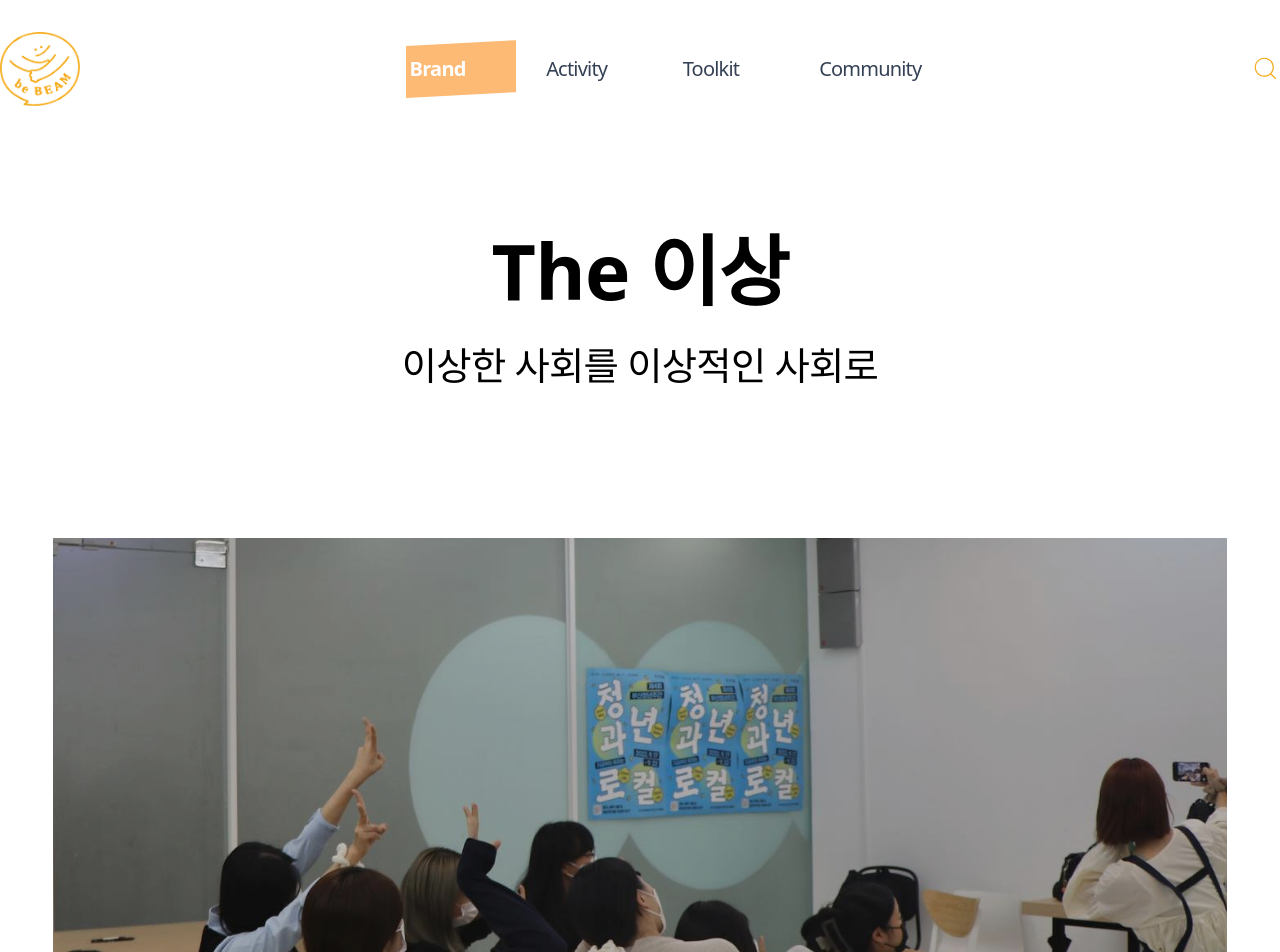
Repository: The-i-sang/BE-BEAM
Page: / (app in front/)
The author's editor kept a copy of each file at every save. The page is drawn from the files as they stood at one save, then again after the next save.
The browser window is 1280 px wide. The pictures show the part of the page from y = 0 to 952 px (the page is 4402 px tall).
Backgrounds fixed to the window are drawn as part of the page. The project was rebuilt for these pictures with package versions that can differ from the ones it lists, and the page was loaded fresh each time. Also part of the build but not shown: front/src/page/NotFoundPage.jsx, front/src/component/NextArrow.jsx, front/src/component/PrevArrow.jsx, front/src/component/DetailSlider.jsx, front/src/page/Detail.jsx, front/src/component/ToolkitCard.jsx, front/src/component/SlideToolkitCard.jsx, front/src/component/BestToolkitSlider.jsx and 6 more. Imported but missing from the stored project, and not drawn on this page: front/src/config.

Above is the page before, as saved 2023-10-13 01:31:16.

### front/src/index.css
@tailwind base;
@tailwind components;
@tailwind utilities;

/* body {
  margin: 0;
  font-family: -apple-system, BlinkMacSystemFont, "Segoe UI", "Roboto", "Oxygen",
    "Ubuntu", "Cantarell", "Fira Sans", "Droid Sans", "Helvetica Neue",
    sans-serif;
  -webkit-font-smoothing: antialiased;
  -moz-osx-font-smoothing: grayscale;
} */

body {
  margin: 0;
  font-family: "Pretendard-Regular";
}

code {
  font-family: source-code-pro, Menlo, Monaco, Consolas, "Courier New",
    monospace;
}

@font-face {
  font-family: "Pretendard-Regular";
  src: url("https://cdn.jsdelivr.net/gh/Project-Noonnu/noonfonts_2107@1.1/Pretendard-Regular.woff")
    format("woff");
  font-weight: 400;
  font-style: normal;
}

.my-custom-bg-class {
  background-image: url("./assets/2.png");
}

.my-custom-bg-class2 {
  background-image: url("./assets/2.png");
}

.text-stroke {
  text-shadow: -1px -1px 0 #f5aa15, 1px -1px 0 #f5aa15, -1px 1px 0 #f5aa15,
    1px 1px 0 #f5aa15;
}

.dots_custom {
  display: inline-block;
  vertical-align: middle;
  margin: auto 0;
  padding: 0;
}

.dots_custom li {
  list-style: none;
  cursor: pointer;
  display: inline-block;
  padding: 0;
}

.dots_custom li button {
  border: none;
  background: #d1d1d1;
  color: transparent;
  cursor: pointer;
  display: block;
  height: 2px;
  width: 10rem;
  border-radius: 100%;
  padding: 0;
}

@media (max-width: 1413px) {
  .dots_custom li button {
    border: none;
    background: #d1d1d1;
    color: transparent;
    cursor: pointer;
    display: block;
    height: 2px;
    width: 8rem;
    border-radius: 100%;
    padding: 0;
  }
}

@media (max-width: 1279px) {
  .dots_custom li button {
    border: none;
    background: #d1d1d1;
    color: transparent;
    cursor: pointer;
    display: block;
    height: 2px;
    width: 7rem;
    border-radius: 100%;
    padding: 0;
  }
}

@media (max-width: 1023px) {
  .dots_custom li button {
    border: none;
    background: #d1d1d1;
    color: transparent;
    cursor: pointer;
    display: block;
    height: 2px;
    width: 5rem;
    border-radius: 100%;
    padding: 0;
  }
}

@media (max-width: 767px) {
  .dots_custom li button {
    border: none;
    background: #d1d1d1;
    color: transparent;
    cursor: pointer;
    display: block;
    height: 2px;
    width: 4rem;
    border-radius: 100%;
    padding: 0;
  }
}

.dots_custom li.slick-active button {
  background-color: #282828;
}

### front/src/App.js
import { RouterProvider, createBrowserRouter } from "react-router-dom";
import NotFoundPage from "./page/NotFoundPage";
import Main from "./page/Main";
import Detail from "./page/Detail";
import Root from "./page/Root";
import Toolkit from "./page/Toolkit";
import Search from "./page/Search";
import Activity from "./component/Activity";
import ActivityDetail from "./component/ActivityDetail";
import Community from "./page/Community";

function App() {
  const router = createBrowserRouter([
    {
      path: "/",
      element: <Root />,
      errorElement: <NotFoundPage />,
      children: [
        { index: true, element: <Main /> },
        {
          path: "/activity",
          element: <Activity />,
        },
        {
          path: "/activity/detail/:id",
          element: <ActivityDetail />,
        },
        { path: "/search", element: <Search /> },
        {
          path: "/toolkit",
          element: <Toolkit />,
        },
        {
          path: "/toolkit/detail/:id",
          element: <Detail />,
        },
        { path: "*", element: <NotFoundPage /> },
        {
          path: "/community",
          element: <Community />,
        },
      ],
    },
  ]);
  return <RouterProvider router={router} />;
}

export default App;

### front/src/page/Main.jsx
import { useEffect, useState } from "react";
import img2 from "../assets/2.png";
import img3 from "../assets/3.png";
import img4 from "../assets/4.png";
import img5 from "../assets/5.png";

export default function Main() {
  const [scrollHeight, setScrollHeight] = useState(0);

  function onScroll() {
    setScrollHeight(window.scrollY);
  }
  useEffect(() => {
    window.addEventListener("scroll", onScroll);
    return () => {
      window.removeEventListener("scroll", onScroll);
    };
  }, []);
  console.log(scrollHeight);

  return (
    <div className="w-full mx-auto mt-4">
      <div className="w-full relative">
        <div
          className={`${
            scrollHeight > 100
              ? "absolute top-[22rem] text-white"
              : "absolute top-0"
          } w-full h-[300px] text-center transition-all duration-1000 z-[9999] flex flex-col justify-center items-center leading-normal`}
        >
          <h1 className="text-[4.8rem] font-extrabold">The 이상</h1>
          <p className="text-[2.4rem] mt-2">이상한 사회를 이상적인 사회로</p>
        </div>

        <div
          className={`${
            scrollHeight > 100 ? "w-full top-40" : "w-11/12 top-96"
          } mx-auto h-[720px] my-custom-bg-class bg-cover bg-fixed bg-no-repeat bg-[center_bottom_0] text-white relative transition-all duration-700`}
        >
          <div className="w-full h-full bg-black opacity-20 absolute top-0 left-0" />
        </div>
      </div>

      <div className="w-full mx-auto mt-40">
        <div className="w-11/12 mx-auto pt-32">
          <h2 className="mb-20 text-[3rem] text-[#282828] font-semibold text-center">
            이상한 사회를{" "}
            <span className="text-[#ffffff] text-stroke">이상적인 사회</span>로
          </h2>

          <div className="w-full mb-32 flex items-center group text-[#282828] text-center">
            <img
              className="w-6/12 h-[580px] object-cover"
              src={img5}
              alt="intro_img"
            />

            <div className="w-6/12 p-14 box-border flex flex-col items-start">
              <p className="mt-[48px] text-[1.125rem] font-medium">
                What does it mean?
              </p>
              <h1 className="mt-5 mb-20 text-[2.625rem] font-semibold">
                The 이상이 <span className="text-white text-stroke">의미</span>
                하는 것은?
              </h1>
              <p className="text-[1rem] text-left leading-7">
                💡 안녕하세요! 부산에서 청년 커뮤니티를 기획운영하고 있는
                BE:BEAM입니다. BE:BEAM(비빔)은 비빔밥의 재료처럼 다양한 청년들이
                모여, 빛줄기(BEAM)처럼 따뜻한 연결망을 이어나간다는 의미가
                있습니다. 2022년 소셜다이닝을 시작으로 여러 활동을 준비하고
                진행하고 있습니다. 또 저희는 커뮤니티를 기획운영하는 것에서
                그치지 않고, 누구나 사회참여활동을 시작하실 수 있도록 그 문턱을
                낮추는 활동도 함께 진행하고 있습니다. 많은 관심 부탁드립니다:)
              </p>
            </div>
          </div>

          <div className="w-full mb-32 flex items-center group text-[#282828] text-center">
            <div className="w-6/12 p-14 box-border flex flex-col items-start">
              <p className="mt-[48px] text-[1.125rem] font-medium">
                What is the vision of this?
              </p>
              <h1 className="mt-5 mb-20 text-[2.625rem] font-semibold">
                The 이상의 <span className="text-white text-stroke">비전</span>
                은?
              </h1>
              <p className="text-[1rem] text-left leading-7">
                💡 오늘날의 청년들은 일상에서 다양한 문제들과 마주하며 살아가고
                있지만 함께 이야기하고, 공감하고, 고민할 자리는 점점 사라지고
                있습니다. 이러한 기회의 부족은 청년들을 외롭게하고, 고립이라는
                사회적문제를 발생시킵니다. 따라서 BE:BEAM은 청년들이 느슨하지만
                따뜻한 연결을 경험하는 기회를 제공하고자 합니다.
              </p>
              <p className="mt-6 text-[1rem] text-left leading-7">
                1. BE:BEAM은 취향, 취미를 기반으로 한 오프라인 모임을 통해서
                가벼우면서도 안정적인 일상의 느슨한 연결망을 만드는 활동을
                원칙으로 합니다.
              </p>
              <p className="text-[1rem] text-left leading-7">
                2. BE:BEAM의 커뮤니티는 누구나 참여 가능할 수 있도록, 누구나
                운영할 수 있도록 지원하는 것을 원칙으로 합니다.
              </p>
            </div>

            <img
              className="w-6/12 h-[580px] object-cover"
              src={img4}
              alt="intro_img"
            />
          </div>

          <div className="w-full mb-32 flex items-center group text-[#282828] text-center">
            <img
              className="w-6/12 h-[580px] object-cover"
              src={img2}
              alt="intro_img"
            />

            <div className="w-6/12 p-14 box-border flex flex-col items-start">
              <p className="mt-[48px] text-[1.125rem] font-medium">
                What is the purpose?
              </p>
              <h1 className="mt-5 mb-20 text-[2.625rem] font-semibold">
                The 이상의 <span className="text-white text-stroke">목적</span>
                은?
              </h1>
              <p className="text-[1rem] text-left leading-7">
                💡 사회문제를 연구하고 부산지역 청년들의 사회참여를 기반으로{" "}
                사회문제 해결을 목표로 하며 사회문제 해결을 통해 이상적인 사회
                실현을 목적으로 합니다.
              </p>
            </div>
          </div>

          <div className="w-full mb-32 flex items-center group text-[#282828] text-center">
            <div className="w-6/12 p-14 box-border flex flex-col items-start">
              <p className="mt-[48px] text-[1.125rem] font-medium">
                What is the core value of this?
              </p>
              <h1 className="mt-5 mb-10 text-[2.625rem] font-semibold">
                The 이상의 <span className="text-white text-stroke">가치</span>
                는?
              </h1>
              <ul className="text-[0.86rem] text-left leading-7">
                <li className="mb-4">
                  <span className="text-[1rem] text-[#f5aa15]">
                    연결망 (SOCIAL NETWORK)
                  </span>{" "}
                  :
                  <br />
                  사람과 사람간, 지역과 사람간 느슨한 연결망을 만드는 활동을
                  진행합니다.
                </li>
                <li className="mb-4">
                  <span className="text-[1rem] text-[#f5aa15]">
                    청년 (YOUTH)
                  </span>{" "}
                  :
                  <br />
                  청년의 주체성 있는 사회참여활동을 기반으로 합니다.
                </li>
                <li className="mb-4">
                  <span className="text-[1rem] text-[#f5aa15]">
                    행동 (ACTION)
                  </span>{" "}
                  :
                  <br />
                  주체성이 담긴 행동을 통해서 사회 구성원의 인식 및 행동의
                  변화를 이끌어냅니다.
                </li>
                <li className="mb-4">
                  <span className="text-[1rem] text-[#f5aa15]">
                    공감 (SYMPATHY)
                  </span>{" "}
                  :
                  <br />
                  사회 구성원에 대한 공감대를 기반으로 서로에게 즐겁고, 따뜻한
                  활동을 진행합니다.
                </li>
                <li className="mb-4">
                  <span className="text-[1rem] text-[#f5aa15]">
                    안정 (STABILITY)
                  </span>{" "}
                  :
                  <br />
                  서로를 존중하고 배려하여 서로에게 안정감을 줄 수 있는 활동을
                  진행합니다.
                </li>
                <li className="mb-4">
                  <span className="text-[1rem] text-[#f5aa15]">
                    의사소통 (communication)
                  </span>{" "}
                  :
                  <br />
                  서로의 이야기를 경청하고, 존중하는 대화를 통해 활동을
                  진행합니다.
                </li>
              </ul>
            </div>

            <img
              className="w-6/12 h-[580px] object-cover"
              src={img3}
              alt="intro_img"
            />
          </div>
        </div>
      </div>
    </div>
  );
}

### front/src/page/Root.jsx
import React from "react";
import Navbar from "../component/Navbar";
import { Outlet } from "react-router-dom";
import Footer from "../component/Footer";
import { QueryClient, QueryClientProvider } from "@tanstack/react-query";
import { ScrollRestoration } from "react-router-dom";

export default function Root() {
  const queryClient = new QueryClient();

  return (
    <div className="font-sans font-medium tracking-tighter whitespace-pre-wrap leading-7">
      <ScrollRestoration />
      <Navbar />
      <QueryClientProvider client={queryClient}>
        <Outlet />
      </QueryClientProvider>
      <Footer />
    </div>
  );
}

### front/src/component/Navbar.jsx
import React from "react";
import { useLocation, useNavigate } from "react-router-dom";
import { CiSearch } from "react-icons/ci";
import Menu from "./Menu";

export default function Navbar() {
  const navigate = useNavigate();
  const path = useLocation().pathname;

  // const [scrollHeight, setScrollHeight] = useState(0);

  // function onScroll() {
  //   setScrollHeight(window.scrollY);
  // }
  // useEffect(() => {
  //   window.addEventListener("scroll", onScroll);
  //   return () => {
  //     window.removeEventListener("scroll", onScroll);
  //   };
  // }, []);

  return (
    <div className="w-full">
      <div className="w-full max-w-[1400px] mx-auto">
        <div className="w-full py-8 flex justify-between items-center">
          <div
            className="lg:w-[80px] md:w-[13%] sm:w-[15%] w-[20%]"
            onClick={() => {
              navigate("/");
            }}
          >
            <img
              className="w-full object-cover mx-auto cursor-pointer"
              src={process.env.PUBLIC_URL + "/logo/logo2.png"}
              alt="logo"
            />
          </div>

          <Menu path={path} />

          <button
            type="button"
            className="text-[1.8rem] text-[#f5aa15] cursor-pointer"
            onClick={() => {
              navigate("/search");
            }}
          >
            <CiSearch />
          </button>
        </div>
      </div>
    </div>
  );
}

### front/src/component/Footer.jsx
import React from "react";

export default function Footer() {
  return (
    <div className="w-full bg-[#ffffff]">
      <div className="w-11/12 mx-auto py-10 box-border border-t-[1px] border-solid border-[#f5aa15] flex sm:flex-row flex-col items-center">
        <img
          className="w-[21%] lg:w-[80px] sm:w-[14%] h-full object-cover"
          src={process.env.PUBLIC_URL + "/logo/logo2.png"}
          alt="logo"
        />
        <div className="w-11/12 text-[#f5aa15] text-[1.1rem] text-center">
          <p>Copyright ⓒ 2023 beBeam. All Rights Reserved.</p>
        </div>
      </div>
    </div>
  );
}

### front/src/component/Menu.jsx
import React from "react";
import { useNavigate } from "react-router-dom";

export default function Menu({ path }) {
  const navigate = useNavigate();
  console.log(path);

  return (
    <ul className="w-[40%] flex justify-between text-[#344054] text-[20px]">
      <li
        onClick={() => {
          navigate("/");
        }}
        className={`${
          path === "/"
            ? "text-white font-semibold before:opacity-100"
            : "before:opacity-0"
        } w-1/5 py-2 before:absolute before:-inset-1 before:-skew-y-3 before:bg-orange-300 hover:before:opacity-100 relative inline-block cursor-pointer hover:font-semibold hover:text-white transition-all duration-700 before:transition-all before:duration-700`}
      >
        <span className={`${path === "/" ? "" : ""} relative`}>Brand</span>
      </li>
      <li
        onClick={() => {
          navigate("/activity");
        }}
        className={`${
          path === "/activity"
            ? "text-white font-semibold before:opacity-100"
            : "before:opacity-0"
        } w-1/5 py-2 before:absolute before:-inset-1 before:-skew-y-3 before:bg-orange-300 hover:before:opacity-100 relative inline-block cursor-pointer hover:font-semibold hover:text-white transition-all duration-700 before:transition-all before:duration-700`}
      >
        <span className={`${path === "/activity" ? "" : ""} relative`}>
          Activity
        </span>
      </li>
      <li
        onClick={() => {
          navigate("/toolkit");
        }}
        className={`${
          path === "/toolkit"
            ? "text-white font-semibold before:opacity-100"
            : "before:opacity-0"
        } w-1/5 py-2 before:absolute before:-inset-1 before:-skew-y-3 before:bg-orange-300 hover:before:opacity-100 relative inline-block cursor-pointer hover:font-semibold hover:text-white transition-all duration-700 before:transition-all before:duration-700`}
      >
        <span className={`${path === "/toolkit" ? "" : ""} relative`}>
          Toolkit
        </span>
      </li>

      <li
        onClick={() => {
          navigate("/community");
        }}
        className={`${
          path === "/community"
            ? "text-white font-semibold before:opacity-100"
            : "before:opacity-0"
        } w-1/5 py-2 before:absolute before:-inset-1 before:-skew-y-3 before:bg-orange-300 hover:before:opacity-100 relative inline-block cursor-pointer hover:font-semibold hover:text-white transition-all duration-700 before:transition-all before:duration-700`}
      >
        <span className={`${path === "/community" ? "" : ""} relative`}>
          Community
        </span>
      </li>
    </ul>
  );
}

### front/tailwind.config.js
/** @type {import('tailwindcss').Config} */
module.exports = {
  content: ["./src/**/*.{js,jsx}"],
  theme: {
    extend: {},
  },
  corePlugins: {
    aspectRatio: true,
  },
};

Loaded but not shown: front/public/index.html (common file); front/src/index.js (common file); front/src/reportWebVitals.js (common file)

After the next save:
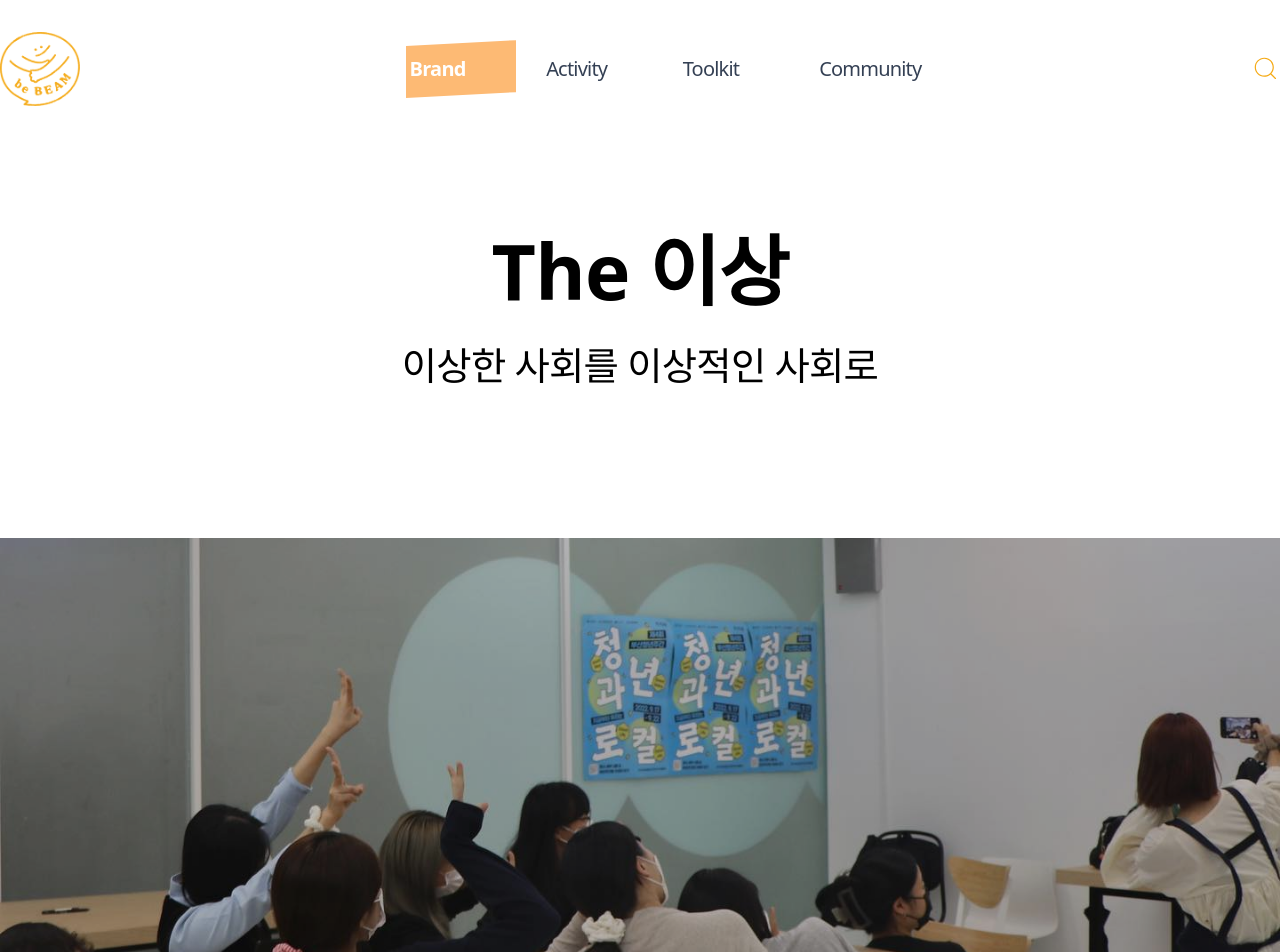
Saved 3 min 1 s later.
--- a/front/src/page/Main.jsx
+++ b/front/src/page/Main.jsx
@@ -34,8 +34,8 @@ export default function Main() {
 
         <div
           className={`${
-            scrollHeight > 100 ? "w-full top-40" : "w-11/12 top-96"
-          } mx-auto h-[720px] my-custom-bg-class bg-cover bg-fixed bg-no-repeat bg-[center_bottom_0] text-white relative transition-all duration-700`}
+            scrollHeight > 100 ? "top-40" : "max-w-[1400px] top-96"
+          } w-full mx-auto h-[720px] my-custom-bg-class bg-cover bg-fixed bg-no-repeat bg-[center_bottom_0] text-white relative transition-all duration-700`}
         >
           <div className="w-full h-full bg-black opacity-20 absolute top-0 left-0" />
         </div>
